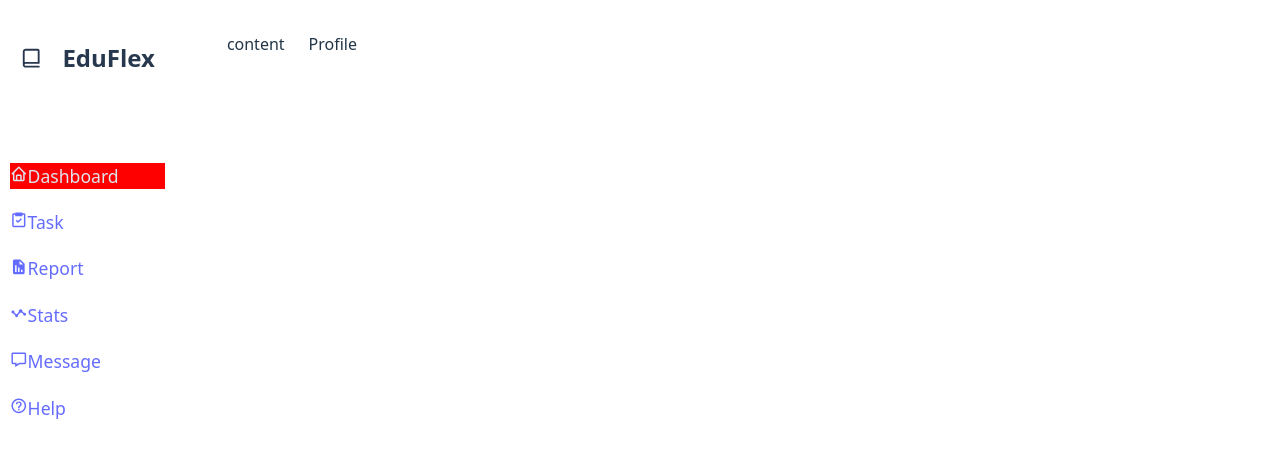
Repository: gogg23/react-dash
Page: /
The author's editor kept a copy of each file at every save. The page is drawn from the files as they stood at one save, then again after the next save.
The browser window is 1280 px wide. The pictures show the whole page.
The pointer rests on the first visible `.menu--items .item`.
The project was rebuilt for these pictures with package versions that can differ from the ones it lists, and the page was loaded fresh each time. Also part of the build but not shown: vite.config.js.

Above is the page before, as saved 2025-03-22 14:32:12.

After the next save:
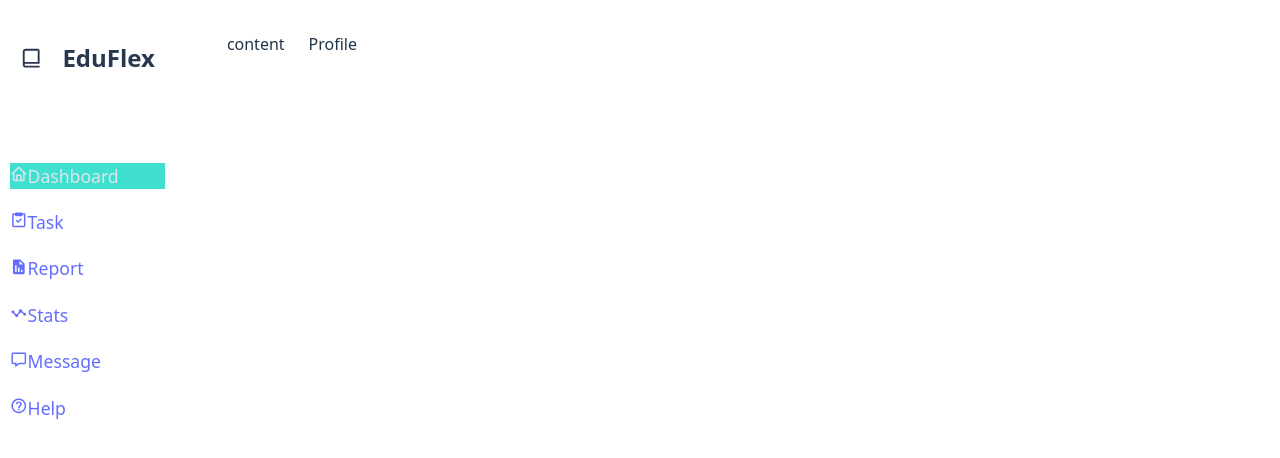
Saved 30 s later.
--- a/src/styles/sidebar.css
+++ b/src/styles/sidebar.css
@@ -46,6 +46,6 @@
 
 /* Menu item hover effect */
 .menu--items .item:hover {
-  background-color: red;
+  background-color: turquoise;
   color: #dde6ed;
 }
